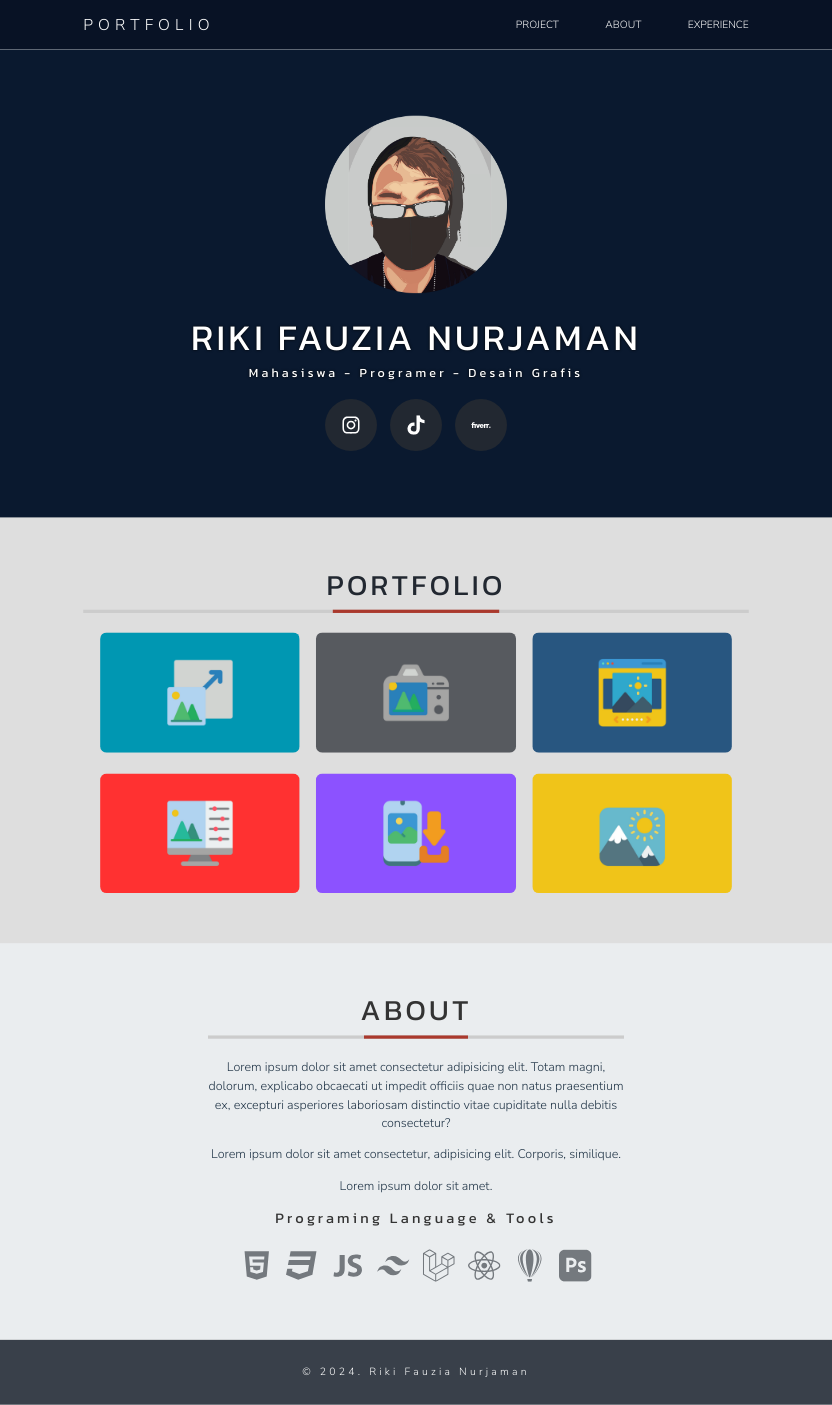
Repository: sellayspy/Portofolio
Page: /
An editor plug-in stored every save of this project. The page is shown before and after the next save, followed by the edit.
The browser window is 1280 px wide. The pictures show the whole page, at 65% of full size.
The project was rebuilt for these pictures with package versions that can differ from the ones it lists, and the page was loaded fresh each time. Also part of the build but not shown: vite.config.js, src/styles/DetailPortfolio.css, src/components/ScrollToTop.jsx, src/pages/DetailPortfolio.jsx, src/pages/PagesNotFound.jsx, src/pages/Experience.jsx.

Above is the page before, as saved 2024-09-13 23:48:37.

### index.html
<!DOCTYPE html>
<html lang="en">
  <head>
    <meta charset="UTF-8" />
    <link rel="icon" type="image/svg+xml" href="/vite.svg" />
    <meta name="viewport" content="width=device-width, initial-scale=1.0" />
    <title>Portofolio RikiFN</title>
  </head>
  <body>
    <div id="root"></div>
    <script type="module" src="/src/main.jsx"></script>
  </body>
</html>

### src/App.jsx
import "./App.css";
import Home from "./pages/Home";
import DetailPortfolio from "./pages/DetailPortfolio";

import { BrowserRouter, Routes, Route } from "react-router-dom";
import PagesNotFound from "./pages/PagesNotFound";
import Experience from "./pages/Experience";

const App = () => {
  return (
    <BrowserRouter>
      <Routes>
        <Route path="/" element={<Home />} />
        <Route path="/portfolio/:id" element={<DetailPortfolio />} />
        <Route path="/experince" element={<Experience />} />
        <Route path="/pages-not-found" element={<PagesNotFound />} />
        <Route path="*" element={<PagesNotFound />} />
      </Routes>
    </BrowserRouter>
  );
};

export default App;

### src/App.css
/* Global */
@import url("https://fonts.googleapis.com/css2?family=Nunito+Sans:opsz,wght@6..12,300&display=swap");
@import url("https://fonts.googleapis.com/css2?family=Kanit&display=swap");

html,
body {
  margin: 0px;
  padding: 0px;
  font-size: 16px;
  font-family: "Nunito Sans", sans-serif;
  scroll-behavior: smooth;
  background-color: #dedede;
}
.wrapper {
  width: 1024px;
  margin: auto;
  padding: 20px 0px 20px 0px;
}

section {
  padding: 50px 0px 50px 0px;
}

.wrapper > h3,
.wrapper > h1 {
  text-align: center;
  font-size: 2.8rem;
  margin: 0px 0px 30px 0px;
  padding: 0px;
  font-family: "Kanit", sans-serif;
  color: #222831;
  letter-spacing: 5px;
  text-transform: uppercase;
  border-bottom: 5px solid #cccccc;
}
.wrapper > h3::after,
.wrapper > h1::after {
  content: "";
  display: block;
  border-bottom: 5px solid #aa392d;
  width: 25%;
  position: relative;
  bottom: -5px; /* your padding + border-width */
  margin: auto;
}

@media only screen and (max-width: 1000px) {
  .wrapper {
    width: 80%;
  }
}

### src/pages/Home.jsx
import About from "../components/About";
import Footer from "../components/Footer";
import Header from "../components/Header";
import Navbar from "../components/Navbar";
import Portfolio from "../components/Portfolio";

function Home() {
  return (
    <>
      <Navbar />
      <Header />
      <Portfolio />
      <About />
      <Footer />
    </>
  );
}

export default Home;

### src/components/About.jsx
import { FaHtml5 } from "react-icons/fa";
import { IoLogoJavascript } from "react-icons/io";
import { FaCss3 } from "react-icons/fa";
import { FaLaravel } from "react-icons/fa";
import { FaReact } from "react-icons/fa";
import { RiTailwindCssFill } from "react-icons/ri";
import { SiCoreldraw } from "react-icons/si";
import { SiAdobephotoshop } from "react-icons/si";
import "../styles/About.css";

const About = () => {
  return (
    <section id="about">
      <div className="wrapper">
        <h3>About</h3>
        <p>
          Lorem ipsum dolor sit amet consectetur adipisicing elit. Totam magni,
          dolorum, explicabo obcaecati ut impedit officiis quae non natus
          praesentium ex, excepturi asperiores laboriosam distinctio vitae
          cupiditate nulla debitis consectetur?
        </p>
        <p>
          Lorem ipsum dolor sit amet consectetur, adipisicing elit. Corporis,
          similique.
        </p>
        <p>Lorem ipsum dolor sit amet.</p>
        <h4>Programing Language & Tools</h4>
        <div className="skills">
          <FaHtml5 />
          <FaCss3 />
          <IoLogoJavascript />
          <RiTailwindCssFill />
          <FaLaravel />
          <FaReact />
          <SiCoreldraw />
          <SiAdobephotoshop />
        </div>
      </div>
    </section>
  );
};

export default About;

### src/components/Footer.jsx
import "../styles/Footer.css";

const Footer = () => {
  return <footer>&copy; 2024. Riki Fauzia Nurjaman</footer>;
};

export default Footer;

### src/components/Header.jsx
import profilePicture from "../assets/test.png";
import { FaInstagram } from "react-icons/fa";
import { FaTiktok } from "react-icons/fa";
import { SiFiverr } from "react-icons/si";
import "../styles/Header.css";
const Header = () => {
  return (
    <header>
      <div className="header-jumbotron">
        <img src={profilePicture} />
        <h3>Riki Fauzia Nurjaman</h3>
        <p>Mahasiswa - Programer - Desain Grafis</p>
        <div className="socialMedia">
          <a href="">
            <FaInstagram />
          </a>
          <a href="">
            <FaTiktok />
          </a>
          <a href="">
            <SiFiverr />
          </a>
        </div>
      </div>
    </header>
  );
};

export default Header;

### src/components/Navbar.jsx
import { FaBars } from "react-icons/fa6";
import { IoClose } from "react-icons/io5";
import "../styles/Navbar.css";
import { useState } from "react";
import { HashLink } from "react-router-hash-link";
import { Link } from "react-router-dom";

const Navbar = () => {
  const [statusTampil, setStatusTampil] = useState("");

  const tampilMenu = () => {
    if (statusTampil == "") {
      setStatusTampil("tampil");
    } else {
      setStatusTampil("");
    }
  };
  return (
    <nav>
      <div className="wrapper">
        <div className="logo">
          <Link to="/">Portfolio</Link>
        </div>
        <button onClick={tampilMenu}>
          {statusTampil == "" ? <FaBars /> : <IoClose />}
        </button>
        <div className={`menu ${statusTampil}`} onClick={tampilMenu}>
          <ul>
            <li>
              <HashLink to="/#portfolio">Project</HashLink>
            </li>
            <li>
              <HashLink to="/#about">About</HashLink>
            </li>
            <li>
              <Link to="/experince">Experience</Link>
            </li>
          </ul>
        </div>
      </div>
    </nav>
  );
};

export default Navbar;

### src/components/Portfolio.jsx
import { portfolioList } from "../data/DataPortfolio";

import { Link } from "react-router-dom";

import "../styles/Portfolio.css";

const Portfolio = () => {
  return (
    <section id="portfolio">
      <div className="wrapper">
        <h3>Portfolio</h3>
        <div className="grid">
          {portfolioList.map((item) => {
            return (
              <div className="item" key={item.id}>
                <Link to={`/portfolio/${item.id}`}>
                  <img src={item.image} />
                </Link>
              </div>
            );
          })}
        </div>
      </div>
    </section>
  );
};

export default Portfolio;

### src/data/DataPortfolio.jsx
import portfolio1 from "../assets/portfolio1.png";
import portfolio2 from "../assets/portfolio2.png";
import portfolio3 from "../assets/portfolio3.png";
import portfolio4 from "../assets/portfolio4.png";
import portfolio5 from "../assets/portfolio5.png";
import portfolio6 from "../assets/portfolio6.png";

export const portfolioList = [
  {
    id: "1",
    title: "Website Portofolio",
    image: portfolio1,
    skill: "html, css, javascript",
  },
  {
    id: "2",
    title: "Website Portofolio2",
    image: portfolio2,
    skill: "laravel, react, api, typescript, tailwind",
  },
  {
    id: "3",
    title: "Website Portofolio3",
    image: portfolio3,
    skill: "react, javascript, css, html",
  },
  {
    id: "4",
    title: "Website Portofolio4",
    image: portfolio4,
    skill: "reactjs, typescript, tailwind, nodejs",
  },
  {
    id: "5",
    title: "Desain Grafis Portofolio",
    image: portfolio5,
    skill: "adobephotoshop, coreldraw",
  },
  {
    id: "6",
    title: "Desain Grafis Portofolio2",
    image: portfolio6,
    skill: "adobephotoshop, coreldraw",
  },
];

### src/styles/About.css
#about {
  background-color: #eaedef;
  position: relative;
  font-size: 1.2rem;
}
#about > .wrapper {
  margin: auto;
  width: 50%;
}
#about > .wrapper > h3 {
  text-align: center;
  font-size: 2.8rem;
  margin: 0px 0px 30px 0px;
  padding: 0px;
  font-family: "Kanit", sans-serif;
  color: #333;
  letter-spacing: 5px;
  text-transform: uppercase;
}
#about > .wrapper > p {
  text-align: center;
}

#about > .wrapper > h4 {
  text-align: center;
  font-size: 1.4rem;
  margin: 0px 0px 20px 0px;
  padding: 0px;
  font-family: "Kanit", sans-serif;
  letter-spacing: 5px;
  color: #333;
}
.skills {
  text-align: center;
}
.skills > svg {
  display: inline-block;
  color: #74797e;
  width: 50px;
  height: auto;
  margin: 10px;
  cursor: pointer;
}

.skills > svg:hover {
  color: #aa392d;
}

@media only screen and (max-width: 1000px) {
  #about > .wrapper {
    width: 80%;
  }
}

### src/styles/Footer.css
footer {
  background-color: #39404a;
  text-align: center;
  line-height: 100px;
  color: #fff;
  letter-spacing: 5px;
}

### src/styles/Header.css
header {
  background-color: #0a192f;
  height: 100vh;
  background-position: center center;
  position: relative;
  font-family: "Kanit", sans-serif;
  letter-spacing: 5px;
  text-shadow: 0 0 4px #000;
}

.header-jumbotron {
  position: absolute;
  top: 0;
  left: 0;
  display: flex;
  width: 100%;
  height: 100%;
  justify-content: center;
  align-items: center;
  flex-direction: column;
  text-align: center;
}
.header-jumbotron > img {
  width: 280px;
}
.header-jumbotron > h3 {
  color: #fff;
  margin: 30px 0px 0px 0px;
  padding: 5px;
  font-size: 3.5rem;
  line-height: 4rem;
  text-transform: uppercase;
}

.header-jumbotron > p {
  padding: 5px;
  margin: 0px 5px 20px 5px;
  color: #fff;
  font-size: 1.2rem;
}
.socialMedia {
  color: #fff;
  display: flex;
  gap: 20px;
}

.socialMedia > a {
  background-color: #222831;
  color: #fff;
  width: 80px;
  height: 80px;
  border-radius: 50%;
  display: flex;
  justify-content: center;
  align-items: center;
}
.socialMedia > a > svg {
  height: 30px;
  width: auto;
}
.socialMedia > a:hover {
  background-color: #aa392d;
}

@media only screen and (max-width: 1000px) {
  .socialMedia > a {
    width: 60px;
    height: 60px;
  }

  .socialMedia > a > svg {
    height: 30px;
    width: auto;
  }
}

### src/styles/Navbar.css
nav {
  background-color: #081225;
  color: #fff;
  position: sticky;
  top: 0;
  z-index: 100;
  text-transform: uppercase;
}
nav > .wrapper {
  display: flex;
  justify-content: space-between;
  align-items: center;
}

.menu {
  width: 35%;
}

.logo {
  display: flex;
  align-items: center;
}
.logo > a {
  color: #fff;
  text-decoration: none;
  font-size: 1.5rem;
  font-weight: 900;
  letter-spacing: 8px;
}
.menu > ul {
  display: flex;
  list-style-type: none;
  margin: 0px;
  padding: 0px;
  justify-content: space-between;
  font-weight: bold;
}

.menu > ul > li:hover {
  border-bottom: 3px solid yellow;
}

.menu > ul > li > a {
  text-decoration: none;
  color: #fff;
}
nav > .wrapper > button {
  cursor: pointer;
  display: none;
  position: absolute;
  right: 10px;
  top: 10px;
  border: 0px;
  background-color: transparent;
  padding: 0px;
}
nav > .wrapper > button > svg {
  color: #fff;
  font-size: 50px;
}
@media only screen and (max-width: 1000px) {
  .menu > ul {
    display: none;
  }
  .menu.tampil > ul {
    display: inline;
  }
  .menu {
    text-align: right;
  }
  nav > .wrapper > button {
    display: inline;
  }
  .menu > ul {
    flex-direction: column;
    background-color: #000;
    width: 100%;
    position: fixed;
    top: 70px;
    left: 0;
  }
  .menu > ul > li {
    text-align: left;
    cursor: pointer;
  }
  .menu > ul > li > a {
    display: inline-block;
    padding: 15px 20px 15px 50px;
    width: 100%;
  }
  .menu > ul > li > a:hover {
    background-color: #222831;
  }
}

### src/styles/Portfolio.css
.grid {
  display: grid;
  grid-template-columns: 30% 30% 30%;
  grid-gap: 25px;
  justify-content: center;
}

.grid > .item > a > img {
  width: 100%;
  border-radius: 10px;
}

@media only screen and (max-width: 1000px) {
  .grid {
    grid-template-columns: 45% 45%;
  }
}

Loaded but not shown: src/main.jsx (common file); src/index.css (common file)

After the next save:
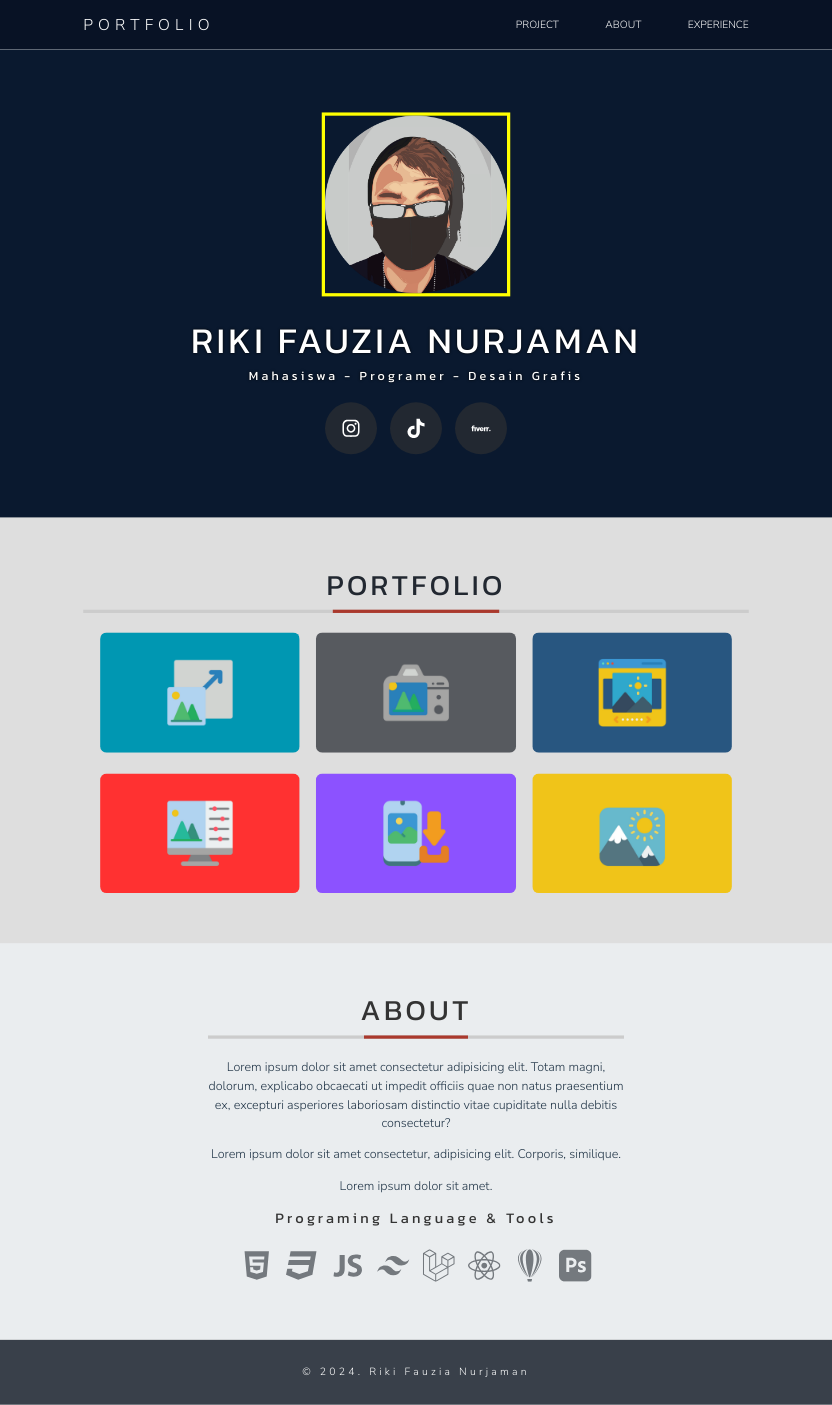
Saved 6 min 23 s later.
--- a/src/styles/Header.css
+++ b/src/styles/Header.css
@@ -22,6 +22,7 @@ header {
 }
 .header-jumbotron > img {
   width: 280px;
+  border: 5px solid yellow;
 }
 .header-jumbotron > h3 {
   color: #fff;
